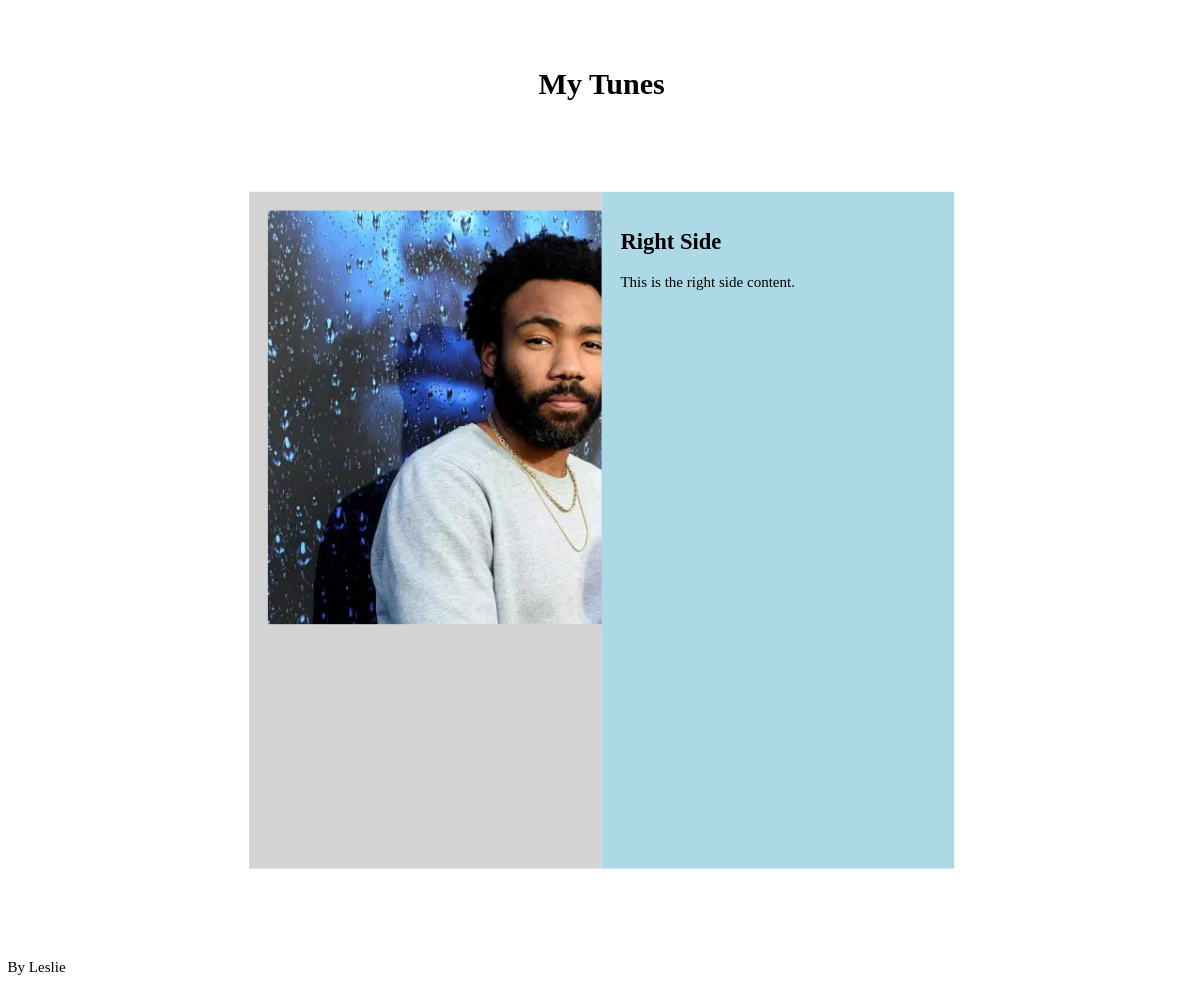
Repository: leslie179/labOne
Page: /
The author's editor kept a copy of each file at every save. The page is drawn from the files as they stood at one save, then again after a run of saves.
The browser window is 1280 px wide. The pictures show the whole page, at 94% of full size.
The project was rebuilt for these pictures with package versions that can differ from the ones it lists, and the page was loaded fresh each time. The framework's server and built-in components were replaced by stand-ins that run in the browser. Also part of the build but not shown: next.config.js, components/Footer/Footer.module.css, components/RightComponent/RightComponent.module.css.

Above is the page before, as saved 2024-09-15 21:44:08.

### pages/index.js
import Head from 'next/head'
import styles from '@/styles/Home.module.css'
import Footer from '@/components/Footer'
import Header from '@/components/Header'
import LeftComponent from '@/components/LeftComponent'
import RightComponent from '@/components/RightComponent'

export default function Home() {
  return (
    <>
      <Head>
        <title>Create Next App</title>
        <meta name="description" content="Generated by create next app" />
        <meta name="viewport" content="width=device-width, initial-scale=1" />
        <link rel="icon" href="/favicon.ico" />
      </Head>
      <Header/>
      <main className={`${styles.main}`}>
      <div className={styles.container}>
      <div className={styles.left}>
                <LeftComponent />
            </div>
            <div className={styles.right}>
                <RightComponent />
            </div>
            </div>
      </main>
      <Footer/>
    </>
  )
}

### styles/globals.css
:root {


}

a {
  color: inherit;
  text-decoration: none;
}

### styles/Home.module.css
.main {
  display: flex;
  flex-direction: column;
  justify-content: space-between;
  align-items: center;
  padding: 6rem;
  min-height: 20vh;
}

.container {
  display: flex;
  width: 70%;
  height: 100vh;

}

.left, .right {
  width: 50%;
  padding: 20px;
  box-sizing: border-box;
}

.left {
  background-color: lightgray;
}

.right {
  background-color: lightblue;
}

### components/Footer/index.js
import styles from "./Footer.module.css"

export default function Footer() {
    return(
        <footer className={styles.Footer}>
            By Leslie
        </footer>
    )
}

### components/Header/index.js
import styles from './Header.module.css';


export default function Header() {
    return (
        <header className={styles.header}>
            <h1>My Tunes</h1>
        </header>
    );
}

### components/LeftComponent/index.js
import styles from './LeftComponent.module.css';

export default function LeftComponent() {
    return (
        <div>
            <img src="childish_icon.jpg" alt="Childish Icon" className={styles.image} />
        </div>
    );
}

### components/RightComponent/index.js
import styles from './RightComponent.module.css';

export default function RightComponent() {
    return (
        <div>
            <h2>Right Side</h2>
            <p>This is the right side content.</p>
        </div>
    );
}

### components/Header/Header.module.css
.header {
    text-align: center;
    padding-top: 5%;
  }

  .header h1 {
    margin: 0;
    padding: 0;
    font-size: 2rem; /* Adjust as needed */
  }

### components/LeftComponent/LeftComponent.module.css
.left {
    width: 50%;
    background-color: lightgray;
    padding: 20px;
    box-sizing: border-box;
    height: 100vh;
    float: left;
}

.image

Loaded but not shown: pages/_app.js (common file); pages/_document.js (common file)

After the next 3 saves:
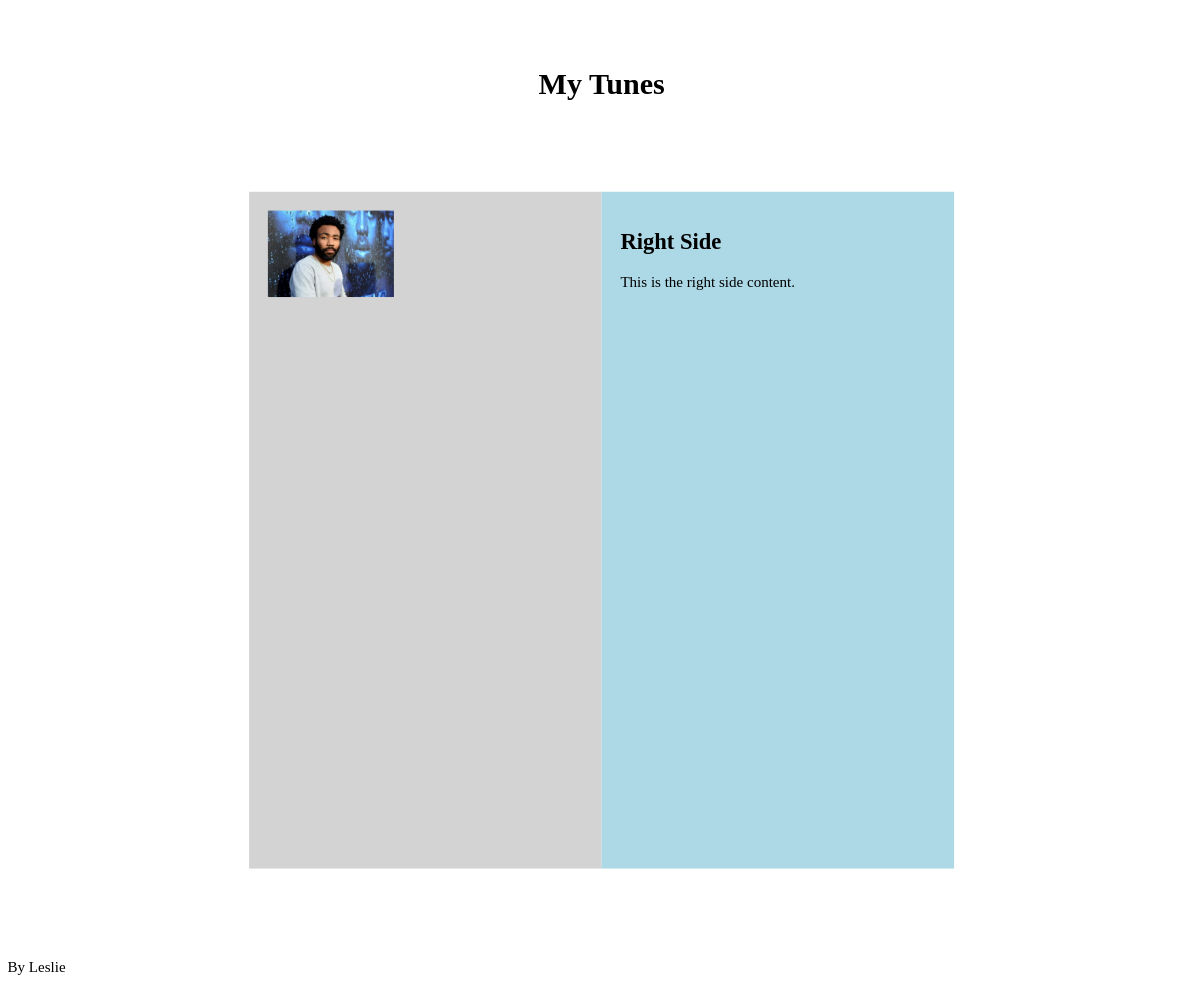
The 3 saves are shown as one change because they came seconds apart.
The last was saved 9 s later.
--- a/components/LeftComponent/LeftComponent.module.css
+++ b/components/LeftComponent/LeftComponent.module.css
@@ -7,4 +7,6 @@
     float: left;
 }
 
-.image
+.image{
+    width: 40%
+}
